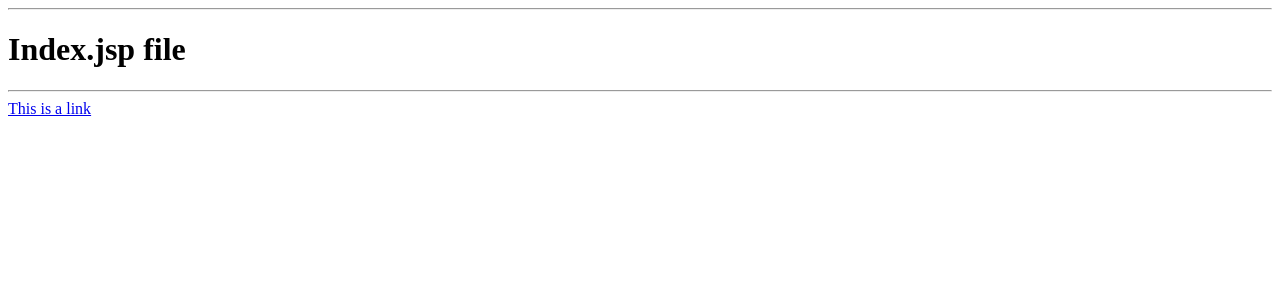
Repository: suraj-repositories/java-practice-2-advance-java-1
Page: http://localhost/Ad_09_JSPuse/
An editor plug-in stored every save of this project. The page is shown before and after the next save, followed by the edit.
The browser window is 1280 px wide. The pictures show the whole page.
The page is served by Tomcat 9. Other server files are loaded and not shown.

Above is the page before, as saved 2023-07-21 12:16:01.

### Ad_09_JSPuse/src/main/webapp/index.jsp
<%@ page language="java" contentType="text/html; charset=ISO-8859-1"
    pageEncoding="ISO-8859-1"%>
<!DOCTYPE html>
<html>
<head>
<meta charset="ISO-8859-1">
<title>Insert title here</title>
</head>
<body>
<hr>
<h1>Index.jsp file</h1>
<hr>
<a href="link">This is a link</a>
<%  %>

</body>
</html>

After the next save:
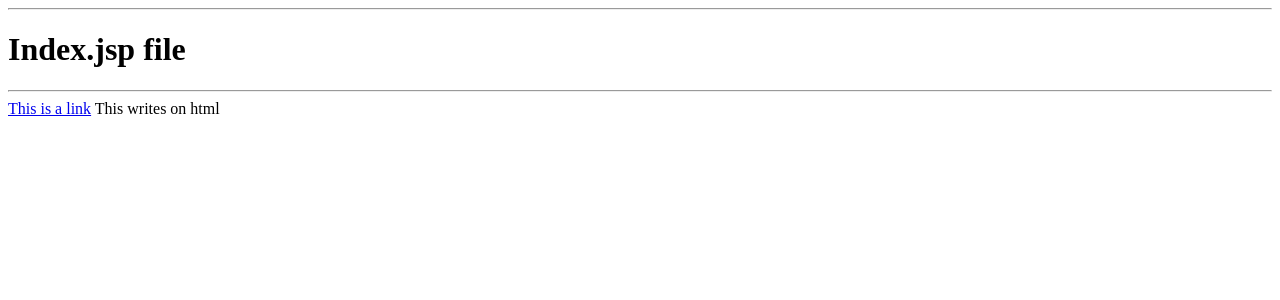
Saved 6 min 38 s later.
--- a/Ad_09_JSPuse/src/main/webapp/index.jsp
+++ b/Ad_09_JSPuse/src/main/webapp/index.jsp
@@ -11,7 +11,14 @@
 <h1>Index.jsp file</h1>
 <hr>
 <a href="link">This is a link</a>
-<%  %>
+<%
+	System.out.println("hello world");
+	int i=90;
+	int j=89;
+	System.out.println("sum = " +(i+j));
+
+	out.write("This writes on html");
+%>
 
 </body>
 </html>
